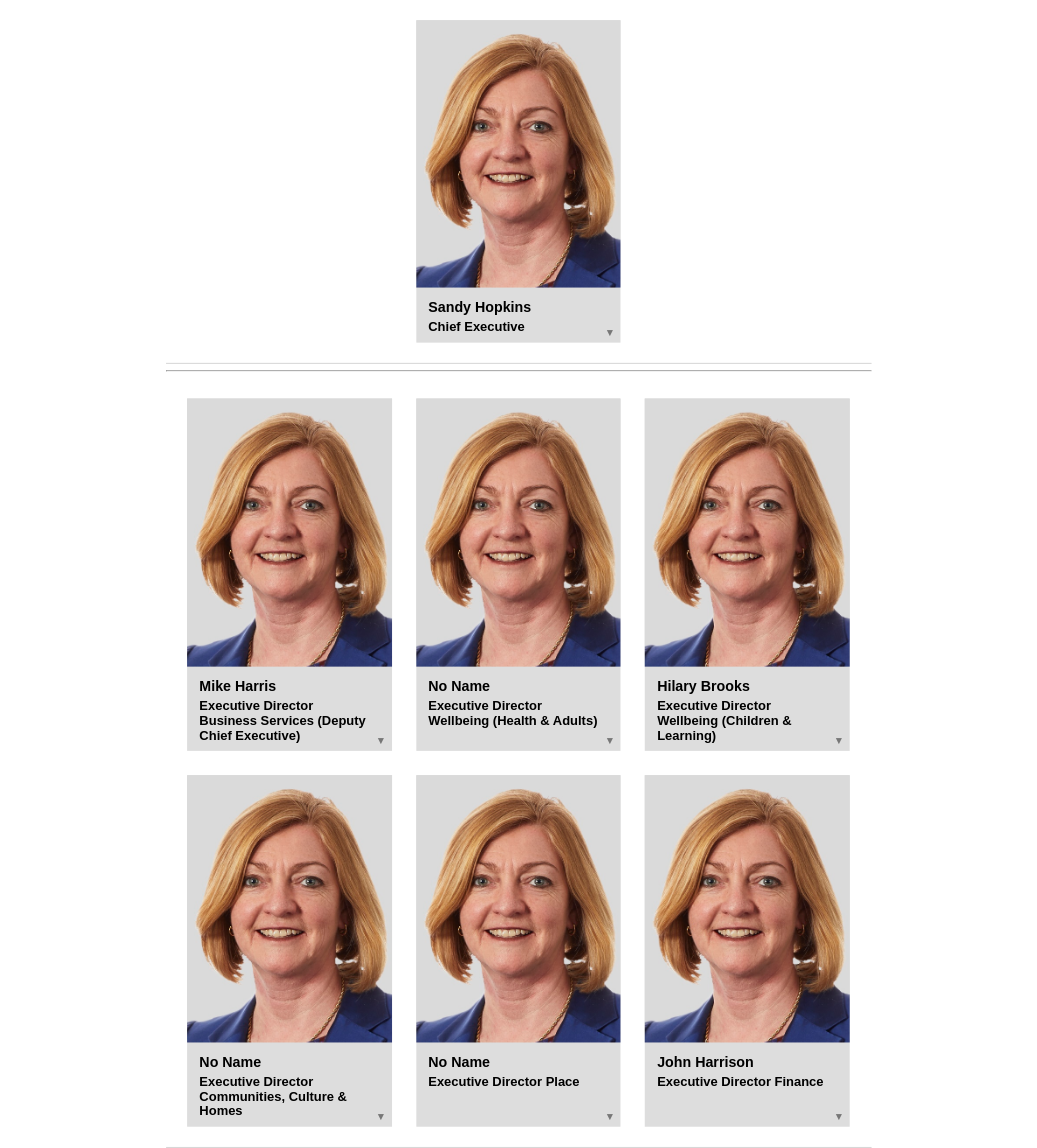
Repository: DigitalExperienceTeam/management
Page: index.html
The author's editor kept a record of every edit. The page is drawn from the files as they stood at one moment, then again after the next edit.
The browser window is 1280 px wide. The pictures show the whole page, at 81% of full size.

Above is the page before.

### index.html
<!DOCTYPE html>
<html lang="en">

<head>
    <meta charset="UTF-8">
    <meta name="viewport" content="width=device-width, initial-scale=1.0">
    <meta http-equiv="X-UA-Compatible" content="ie=edge">
    <script src="https://ajax.googleapis.com/ajax/libs/jquery/3.4.1/jquery.min.js"></script>

    <script type="text/javascript" src="profiles.js"></script>

    <link rel="stylesheet" href="style.css" type="text/css" />
    <title>Document</title>
</head>

<body>
    <div class="profiles-wrapper">
        <div class="profile lighter">
               <img class="profile-pic" src="sandy.jpg">
            <div class="details">
                <p class="name">Sandy Hopkins</p>
                <p class="title">Chief Executive<span class="more">&#9660;</span></p>
            </div>
            <div class="bio">
                <p>Lorem ipsum dolor sit amet, consectetur adipiscing elit. Nunc quis feugiat magna, non vehicula purus. Sed quis enim et dolor tempor aliquet. Proin a tincidunt ligula, nec rhoncus risus. Aliquam ut magna ac nisl dapibus lobortis ut molestie eros. Maecenas ornare quam vel accumsan congue. Curabitur mattis, odio non rhoncus tempor, diam elit convallis lacus, quis feugiat est lectus sit amet mi. Donec at ex in turpis luctus blandit sit amet eu eros. Nullam a libero turpis. Nullam mattis id est ut suscipit. Donec hendrerit turpis sed ligula hendrerit commodo.</p>
<p>Cras sed vulputate libero. Nam rhoncus quam turpis, vitae eleifend velit ornare a. Donec sollicitudin leo id nunc faucibus, imperdiet porttitor ex dictum. Nam condimentum nibh porta ligula molestie rhoncus. Sed pellentesque lacinia nisi ut finibus. Fusce facilisis scelerisque facilisis. Sed consequat quam nec lectus faucibus lacinia.</p>
<div class="less">&#9650;</div>
            </div>
        </div>

    </div>
    <hr class="profile-divider"></hr>


    <div class="profiles-wrapper">


                 <div class="profile lighter">
               <img class="profile-pic" src="sandy.jpg">
            <div class="details">
                <p class="name">Mike Harris</p>
                <p class="title">Executive Director Business Services (Deputy Chief Executive)<span class="more">&#9660;</span></p>
            </div>
            <div class="bio">
                <p>Lorem ipsum dolor sit amet, consectetur adipiscing elit. Nunc quis feugiat magna, non vehicula purus. Sed quis enim et dolor tempor aliquet. Proin a tincidunt ligula, nec rhoncus risus. Aliquam ut magna ac nisl dapibus lobortis ut molestie eros. Maecenas ornare quam vel accumsan congue. Curabitur mattis, odio non rhoncus tempor, diam elit convallis lacus, quis feugiat est lectus sit amet mi. Donec at ex in turpis luctus blandit sit amet eu eros. Nullam a libero turpis. Nullam mattis id est ut suscipit. Donec hendrerit turpis sed ligula hendrerit commodo.</p>
<p>Cras sed vulputate libero. Nam rhoncus quam turpis, vitae eleifend velit ornare a. Donec sollicitudin leo id nunc faucibus, imperdiet porttitor ex dictum. Nam condimentum nibh porta ligula molestie rhoncus. Sed pellentesque lacinia nisi ut finibus. Fusce facilisis scelerisque facilisis. Sed consequat quam nec lectus faucibus lacinia.</p>
<div class="less">&#9650;</div>
            </div>
        </div>
         <div class="profile lighter">
            <img class="profile-pic" src="sandy.jpg">
            <div class="details">
                <p class="name">No Name</p>
                <p class="title">Executive Director Wellbeing (Health & Adults)<span class="more">&#9660;</span></p>
            </div>
            <div class="bio">
                <p>Lorem ipsum dolor sit amet, consectetur adipiscing elit. Nunc quis feugiat magna, non vehicula purus. Sed quis enim et dolor tempor aliquet. Proin a tincidunt ligula, nec rhoncus risus. Aliquam ut magna ac nisl dapibus lobortis ut molestie eros. Maecenas ornare quam vel accumsan congue. Curabitur mattis, odio non rhoncus tempor, diam elit convallis lacus, quis feugiat est lectus sit amet mi. Donec at ex in turpis luctus blandit sit amet eu eros. Nullam a libero turpis. Nullam mattis id est ut suscipit. Donec hendrerit turpis sed ligula hendrerit commodo.</p>
<p>Cras sed vulputate libero. Nam rhoncus quam turpis, vitae eleifend velit ornare a. Donec sollicitudin leo id nunc faucibus, imperdiet porttitor ex dictum. Nam condimentum nibh porta ligula molestie rhoncus. Sed pellentesque lacinia nisi ut finibus. Fusce facilisis scelerisque facilisis. Sed consequat quam nec lectus faucibus lacinia.</p>
<div class="less">&#9650;</div>
            </div>
        </div>
            <div class="profile lighter">
               <img class="profile-pic" src="sandy.jpg">
            <div class="details">
                <p class="name">Hilary Brooks</p>
                <p class="title">Executive Director Wellbeing (Children & Learning)<span class="more">&#9660;</span></p>
            </div>
            <div class="bio">
                <p>Lorem ipsum dolor sit amet, consectetur adipiscing elit. Nunc quis feugiat magna, non vehicula purus. Sed quis enim et dolor tempor aliquet. Proin a tincidunt ligula, nec rhoncus risus. Aliquam ut magna ac nisl dapibus lobortis ut molestie eros. Maecenas ornare quam vel accumsan congue. Curabitur mattis, odio non rhoncus tempor, diam elit convallis lacus, quis feugiat est lectus sit amet mi. Donec at ex in turpis luctus blandit sit amet eu eros. Nullam a libero turpis. Nullam mattis id est ut suscipit. Donec hendrerit turpis sed ligula hendrerit commodo.</p>
<p>Cras sed vulputate libero. Nam rhoncus quam turpis, vitae eleifend velit ornare a. Donec sollicitudin leo id nunc faucibus, imperdiet porttitor ex dictum. Nam condimentum nibh porta ligula molestie rhoncus. Sed pellentesque lacinia nisi ut finibus. Fusce facilisis scelerisque facilisis. Sed consequat quam nec lectus faucibus lacinia.</p>
<div class="less">&#9650;</div>
            </div>
        </div>

          <div class="profile lighter">
               <img class="profile-pic" src="sandy.jpg">
            <div class="details">
                <p class="name">No Name</p>
                <p class="title">Executive Director Communities, Culture & Homes<span class="more">&#9660;</span></p>
            </div>
            <div class="bio">
                <p>Lorem ipsum dolor sit amet, consectetur adipiscing elit. Nunc quis feugiat magna, non vehicula purus. Sed quis enim et dolor tempor aliquet. Proin a tincidunt ligula, nec rhoncus risus. Aliquam ut magna ac nisl dapibus lobortis ut molestie eros. Maecenas ornare quam vel accumsan congue. Curabitur mattis, odio non rhoncus tempor, diam elit convallis lacus, quis feugiat est lectus sit amet mi. Donec at ex in turpis luctus blandit sit amet eu eros. Nullam a libero turpis. Nullam mattis id est ut suscipit. Donec hendrerit turpis sed ligula hendrerit commodo.</p>
<p>Cras sed vulputate libero. Nam rhoncus quam turpis, vitae eleifend velit ornare a. Donec sollicitudin leo id nunc faucibus, imperdiet porttitor ex dictum. Nam condimentum nibh porta ligula molestie rhoncus. Sed pellentesque lacinia nisi ut finibus. Fusce facilisis scelerisque facilisis. Sed consequat quam nec lectus faucibus lacinia.</p>
<div class="less">&#9650;</div>
            </div>
        </div>

          <div class="profile lighter">
            <img class="profile-pic" src="sandy.jpg">
            <div class="details">
                <p class="name">No Name</p>
                <p class="title">Executive Director Place<span class="more">&#9660;</span></p>
            </div>
            <div class="bio">
                <p>Lorem ipsum dolor sit amet, consectetur adipiscing elit. Nunc quis feugiat magna, non vehicula purus. Sed quis enim et dolor tempor aliquet. Proin a tincidunt ligula, nec rhoncus risus. Aliquam ut magna ac nisl dapibus lobortis ut molestie eros. Maecenas ornare quam vel accumsan congue. Curabitur mattis, odio non rhoncus tempor, diam elit convallis lacus, quis feugiat est lectus sit amet mi. Donec at ex in turpis luctus blandit sit amet eu eros. Nullam a libero turpis. Nullam mattis id est ut suscipit. Donec hendrerit turpis sed ligula hendrerit commodo.</p>
<p>Cras sed vulputate libero. Nam rhoncus quam turpis, vitae eleifend velit ornare a. Donec sollicitudin leo id nunc faucibus, imperdiet porttitor ex dictum. Nam condimentum nibh porta ligula molestie rhoncus. Sed pellentesque lacinia nisi ut finibus. Fusce facilisis scelerisque facilisis. Sed consequat quam nec lectus faucibus lacinia.</p>
<div class="less">&#9650;</div>
            </div>
        </div>



           <div class="profile lighter">
              <img class="profile-pic" src="sandy.jpg">
            <div class="details">
                <p class="name">John Harrison</p>
                <p class="title">Executive Director Finance<span class="more">&#9660;</span></p>
            </div>
            <div class="bio">
                <p>Lorem ipsum dolor sit amet, consectetur adipiscing elit. Nunc quis feugiat magna, non vehicula purus. Sed quis enim et dolor tempor aliquet. Proin a tincidunt ligula, nec rhoncus risus. Aliquam ut magna ac nisl dapibus lobortis ut molestie eros. Maecenas ornare quam vel accumsan congue. Curabitur mattis, odio non rhoncus tempor, diam elit convallis lacus, quis feugiat est lectus sit amet mi. Donec at ex in turpis luctus blandit sit amet eu eros. Nullam a libero turpis. Nullam mattis id est ut suscipit. Donec hendrerit turpis sed ligula hendrerit commodo.</p>
<p>Cras sed vulputate libero. Nam rhoncus quam turpis, vitae eleifend velit ornare a. Donec sollicitudin leo id nunc faucibus, imperdiet porttitor ex dictum. Nam condimentum nibh porta ligula molestie rhoncus. Sed pellentesque lacinia nisi ut finibus. Fusce facilisis scelerisque facilisis. Sed consequat quam nec lectus faucibus lacinia.</p>
<div class="less">&#9650;</div>
            </div>
        </div>





    </div>

</body>

</html>

### profiles.js
$(document).ready(function() {

    $(document).mouseup(function(e)
{
    var container = $(".profile");

    // if the target of the click isn't the container nor a descendant of the container
    if (!container.is(e.target) && container.has(e.target).length === 0)
    {
        $(".bio").slideUp(600);
        $(".profile-pic").removeClass("faded");
        $(".bio").removeClass("darker").addClass("lighter");
        $(".profile").removeClass("darker").addClass("lighter");


    }
});

    $(".profile").click(function() {

        if ( $(this).find(".profile-pic").hasClass("faded")){
            $(this).find(".profile-pic").removeClass("faded");
            $(".profile-pic").not($(this).children()).addClass("faded");

        }

      else {
            $(".profile-pic").not($(this).children()).toggleClass("faded");
      }

        $(this).find(".bio").slideToggle(600);

        $(this).find(".more").fadeToggle(600);

        $(".more").not($(this).children()).show();

        $(".bio").not($(this).children()).slideUp(600);



       $(this).toggleClass("lighter").toggleClass("darker");

      $(".profile").not($(this)).removeClass("darker").addClass("lighter");


       $(this).find(".bio").removeClass("lighter").addClass("darker");


       $(".bio").not($(this).children()).removeClass("darker").addClass("lighter");

    });





});

### style.css
body {
    max-width: 871px;
    font-family: "franklin-gothic-urw",sans-serif;
    margin: 0 auto;
}

.profiles-wrapper {
    padding: 10px 0;
    display: flex;
    flex-wrap: wrap;

    justify-content: center;
    border-bottom: 1px solid #ccc;
}



.profile {
    box-sizing: border-box;
    width: 29%;
    margin: 15px;
    cursor: pointer;
    display: inline-block;
    vertical-align: top;
    position: relative;
}

.profile:hover {
    background: #ccc;
    transition: 0.4s all;
}


.faded {
    opacity:0.6;
}

.lighter {
    background: #ddd;
}

.darker {
    background: #ccc;
}


.details {
    padding: 5px 15px 10px 15px;
}

.profile img {
    max-width: 100%;
}

.name {
    font-weight: bold;
    font-size: 1.1em;
    margin: 5px 0 0 0;
}

.title {
    font-weight: bold;
     margin: 5px 0 0 0;
     padding-right: 10px;
}

.more {
    float: right;
    color: #777;
    font-family: "Arial Black", Gadget, sans-serif;
    position: absolute;
    right: 7px;
    bottom: 5px;
    font-size: 0.8em;
}

.bio {
    display: none;
    padding: 0 15px 10px 15px;
   position: absolute;
    z-index: 1000;
    font-size: 0.9em;
    box-shadow: 0 10px 10px -2px white;
}

.less {
    text-align: right;
    color: #777;
    font-family: "Arial Black", Gadget, sans-serif;
}

@media only screen and (max-width: 726px) {
 .profiles-wrapper {
    justify-content: flex-start;
}

.profile {
    width: 47%;
    margin: 10px;
}

.profiles-wrapper>.profile:nth-of-type(even) {
margin: 10px 5px 10px 10px;
}

}

@media only screen and (max-width: 615px) {


.profile {
    width: 46%;
}
}

@media only screen and (max-width: 470px) {

.profile {
    width: 45%;
}

}

@media only screen and (max-width: 470px) {

.profiles-wrapper {
    justify-content: center;
}

.profile {
    width: 90%;
    margin: 15px 0;
}

.profiles-wrapper>.profile:nth-of-type(even) {
margin: 15px 0;
}

}

After the next edit:
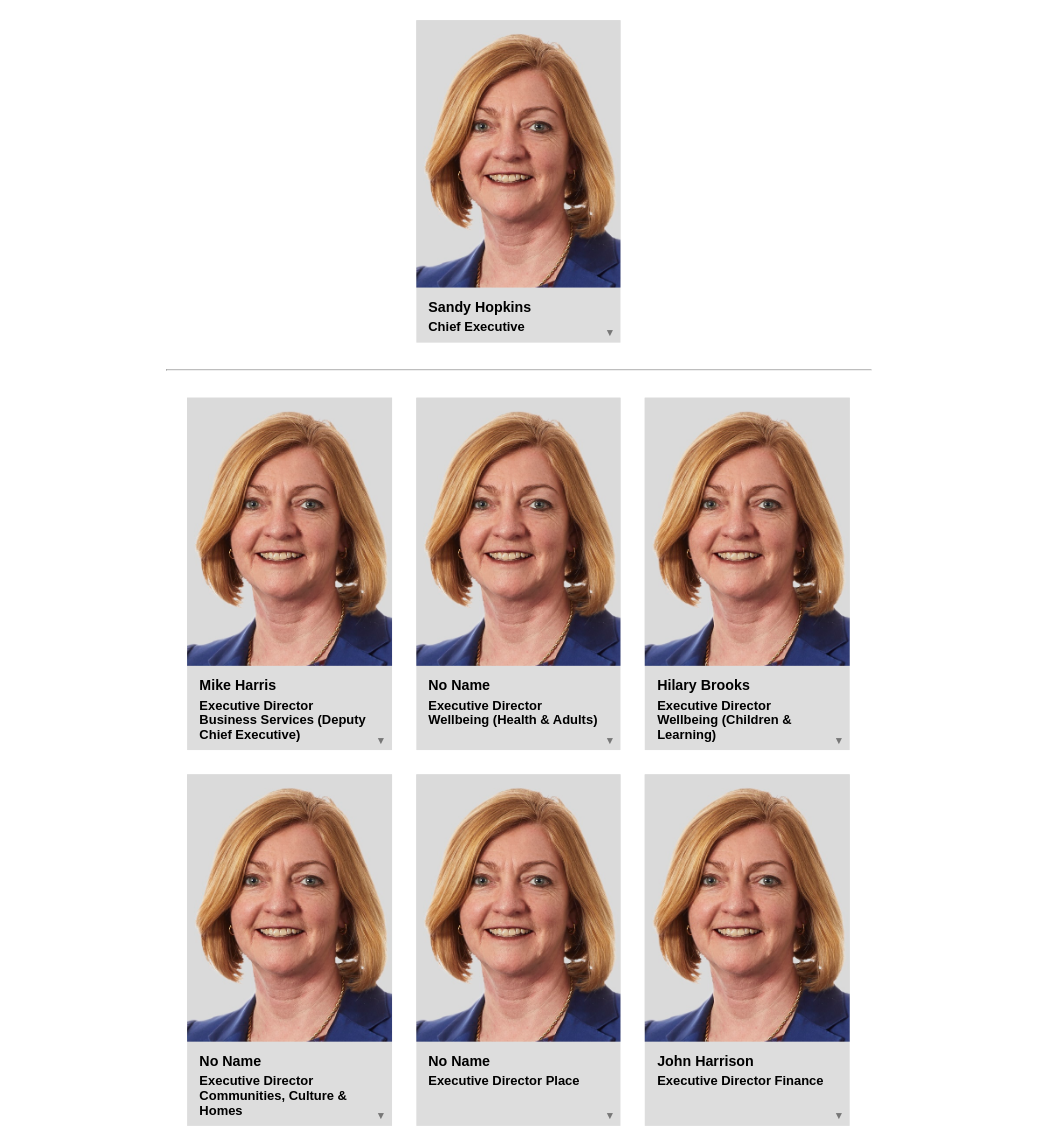
The edit:
--- a/style.css
+++ b/style.css
@@ -10,7 +10,7 @@
     flex-wrap: wrap;
 
     justify-content: center;
-    border-bottom: 1px solid #ccc;
+
 }
 
 
